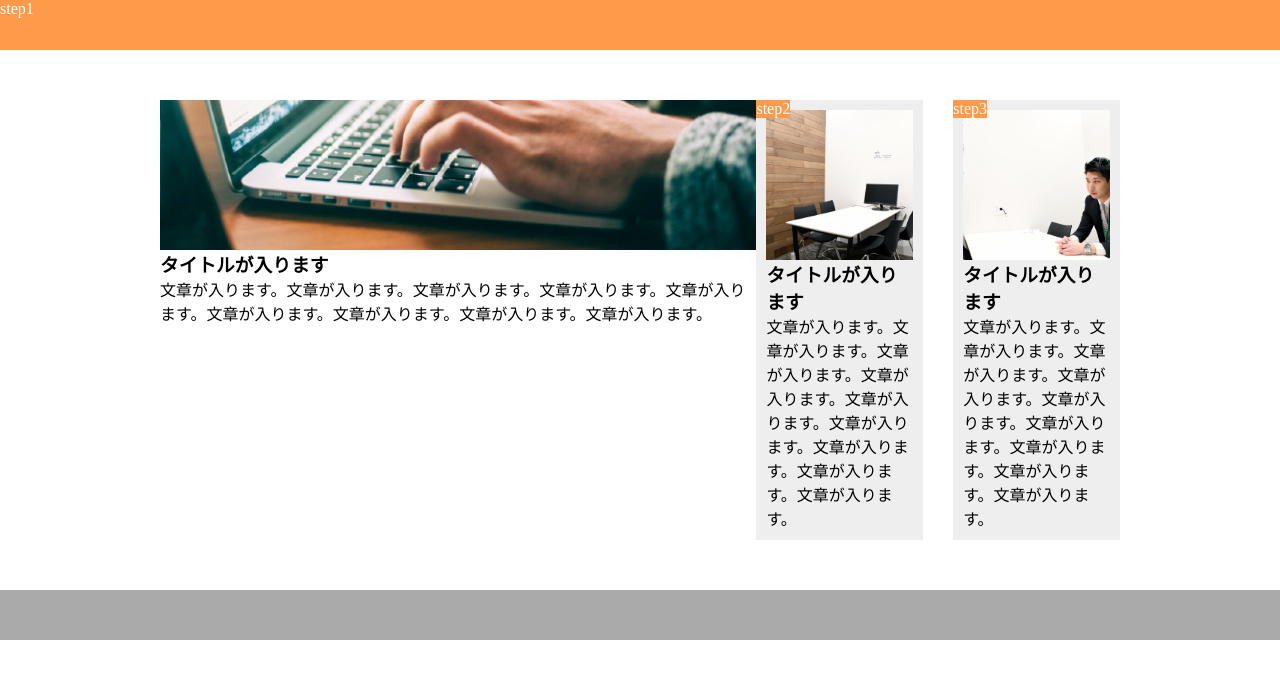
Repository: YuraTajima/DMM-all
Page: chapter9/chapter9.html
The author's editor kept a record of every edit. The page is drawn from the files as they stood at one moment, then again after the next edit.
The browser window is 1280 px wide. The pictures show the whole page.

Above is the page before.

### chapter9/chapter9.html
<!DOCTYPE html>

<html lang="ja">

  <head>

    <meta charset="UTF-8" />

    <title>chapter9</title>

    <link rel="stylesheet" href="chapter9.css" />

  </head>


  <body>

    <header>
      <!--オレンジ-->
    </header>


    <main>


      <div class="box1">

        <span class="step">step1</span>

        <div class="box1-image"></div>

        <h3>タイトルが入ります</h3>

        <p>文章が入ります。文章が入ります。文章が入ります。文章が入ります。文章が入ります。文章が入ります。文章が入ります。文章が入ります。文章が入ります。</p>

      </div>


      <div class="box">

        <span class="step">step2</span>

        <div class="box2-image"></div>

        <h3>タイトルが入ります</h3>

        <p>文章が入ります。文章が入ります。文章が入ります。文章が入ります。文章が入ります。文章が入ります。文章が入ります。文章が入ります。文章が入ります。</p>

      </div>


      <div class="box">

        <div class="box3-image"></div>

        <span class="step">step3</span>

        <h3>タイトルが入ります</h3>

        <p>文章が入ります。文章が入ります。文章が入ります。文章が入ります。文章が入ります。文章が入ります。文章が入ります。文章が入ります。文章が入ります。</p>


      </div>

    </main>


    <footer>
      <!--グレー-->
    </footer>

  </body>
</html>

### chapter9/chapter9.css
*{
  margin: 0;
  padding: 0;
  box-sizing: border-box;
}

header{
  width: 100%;
  height: 50px;
  background-color: #FF9A4B;
}


main{
  width: 960px;
  display: flex;
  margin: 50px auto;
}

.box{
  width: 300px;
  margin-right: 30px;
  padding: 10px;
  position: relative;
  background-color: #EEEEEE;
}

.box:last-child{
  margin-right: 0;
}

.step{
  position: absolute;
  top: 0;
  left: 0;
  background-color: #FF9A4B;
  color: #fff;
}

.box1-image{
  height: 150px;
  background-image: url(img/flow01.png);
  background-position: bottom;
  background-size: cover;
}

.box2-image{
  height: 150px;
  background-image: url(img/flow02.png);
  background-position: bottom;
  background-size: cover;
}

.box3-image{
  height: 150px;
  background-image: url(img/flow03.png);
  background-position: bottom;
  background-size: cover;
}

.title{
  margin: 15px 0 5px;
}

footer{
  width: 100%;
  height: 50px;
  background-color: #AAAAAA;
}

@media screen and (max-width:768px){

  header{
    width: 100%;
  }

  main{
    width: 100%;
    display: block;

  }

  .box{
    width: 90%;
    margin-bottom: 20px;
  }

  .box:last-child{
  margin-bottom: 0;
}

  footer{
    width: 100%;
  }


}

After the next edit:
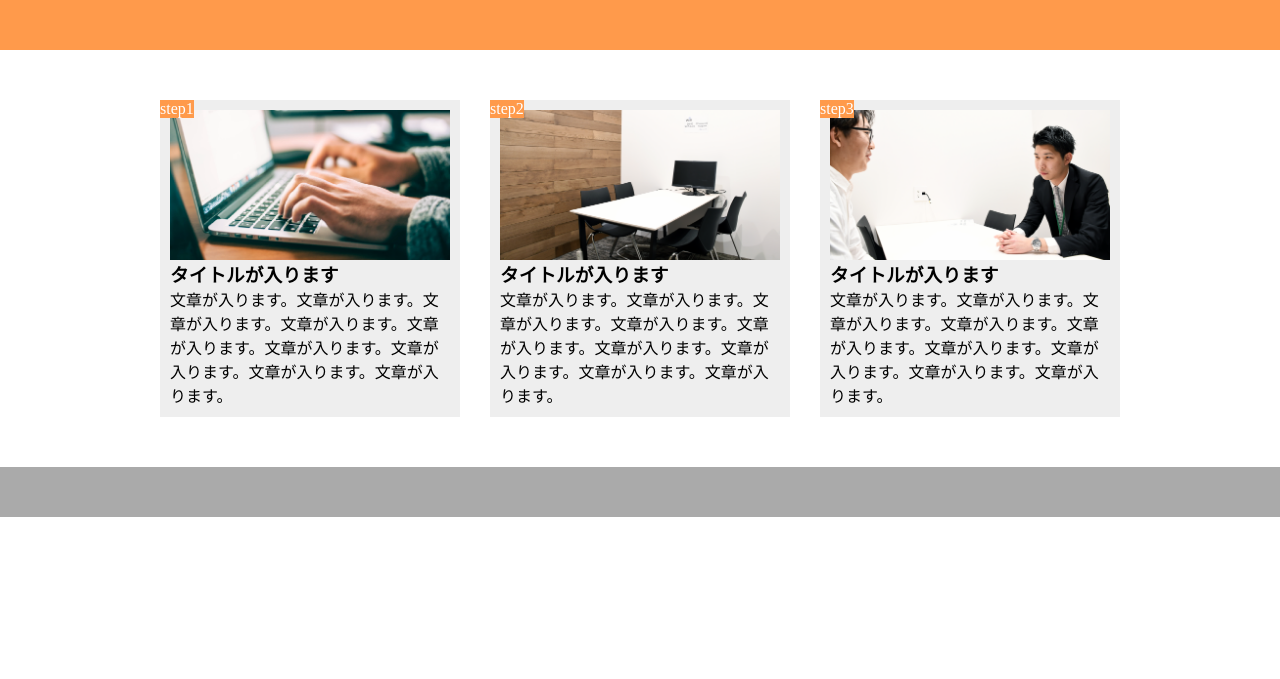
The edit:
--- a/chapter9/chapter9.html
+++ b/chapter9/chapter9.html
@@ -23,7 +23,7 @@
     <main>
 
 
-      <div class="box1">
+      <div class="box">
 
         <span class="step">step1</span>
 
